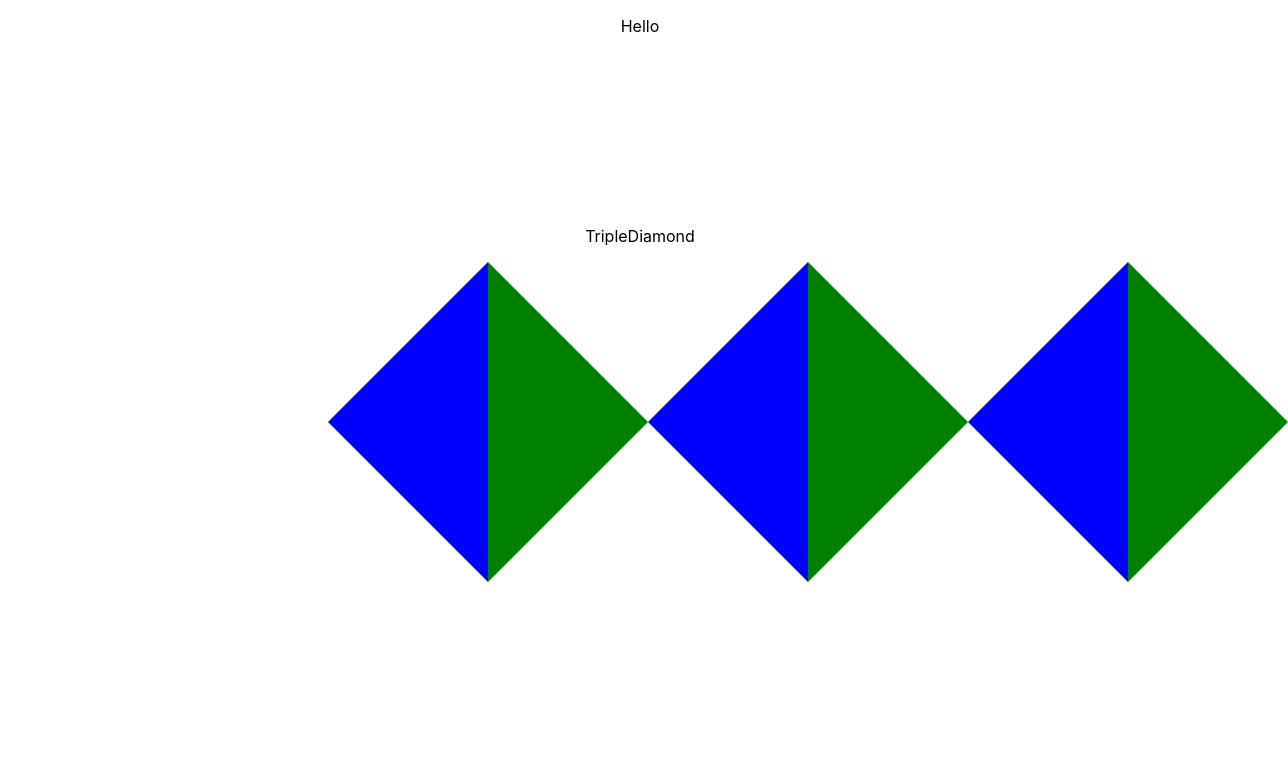
Repository: YingCG/interaction-design
Page: /
An editor plug-in stored every save of this project. The page is shown before and after the next save, followed by the edit.
The browser window is 1280 px wide. The page is 1288 px wide, so the pictures cover 1288 px, including what lies to the right of the window. The pictures show the whole page.
The project was rebuilt for these pictures with package versions that can differ from the ones it lists, and the page was loaded fresh each time.

Above is the page before, as saved 2023-09-07 10:26:01.

### src/App.js
import logo from "./logo.svg";
import "./App.css";
import TripleDiamond from "./TripleDiamond";

function App() {
  return (
    <div className="App">
      Hello
      <TripleDiamond />
    </div>
  );
}

export default App;

### src/App.css
.App {
  text-align: center;
  padding: 1em;
}

.arrow-right {
  width: 0;
  height: 0;
  border-top: 10rem solid transparent;
  border-bottom: 10rem solid transparent;

  border-left: 10rem solid green;
}

.arrow-left {
  width: 0;
  height: 0;
  border-top: 10rem solid transparent;
  border-bottom: 10rem solid transparent;

  border-right: 10rem solid blue;
}

.container {
  display: flex;
  justify-content: center;
  align-items: center;
  width: 100%;
  height: 100vh;
  flex-direction: column;
}

.text-content {
  padding: 1em;
}

.triple-diamond {
  display: flex;
  width: 50%;
}

### src/TripleDiamond.jsx
import React from "react";

function TripleDiamond() {
  return (
    <div className="container">
      <div className="text-content">TripleDiamond</div>
      <div className="triple-diamond">
        <div className="arrow-left"></div>
        <div className="arrow-right"></div>
        <div className="arrow-left"></div>
        <div className="arrow-right"></div>
        <div className="arrow-left"></div>
        <div className="arrow-right"></div>
      </div>
    </div>
  );
}

export default TripleDiamond;

Loaded but not shown: public/index.html (common file); src/index.js (common file); src/index.css (common file); src/reportWebVitals.js (common file)

After the next save:
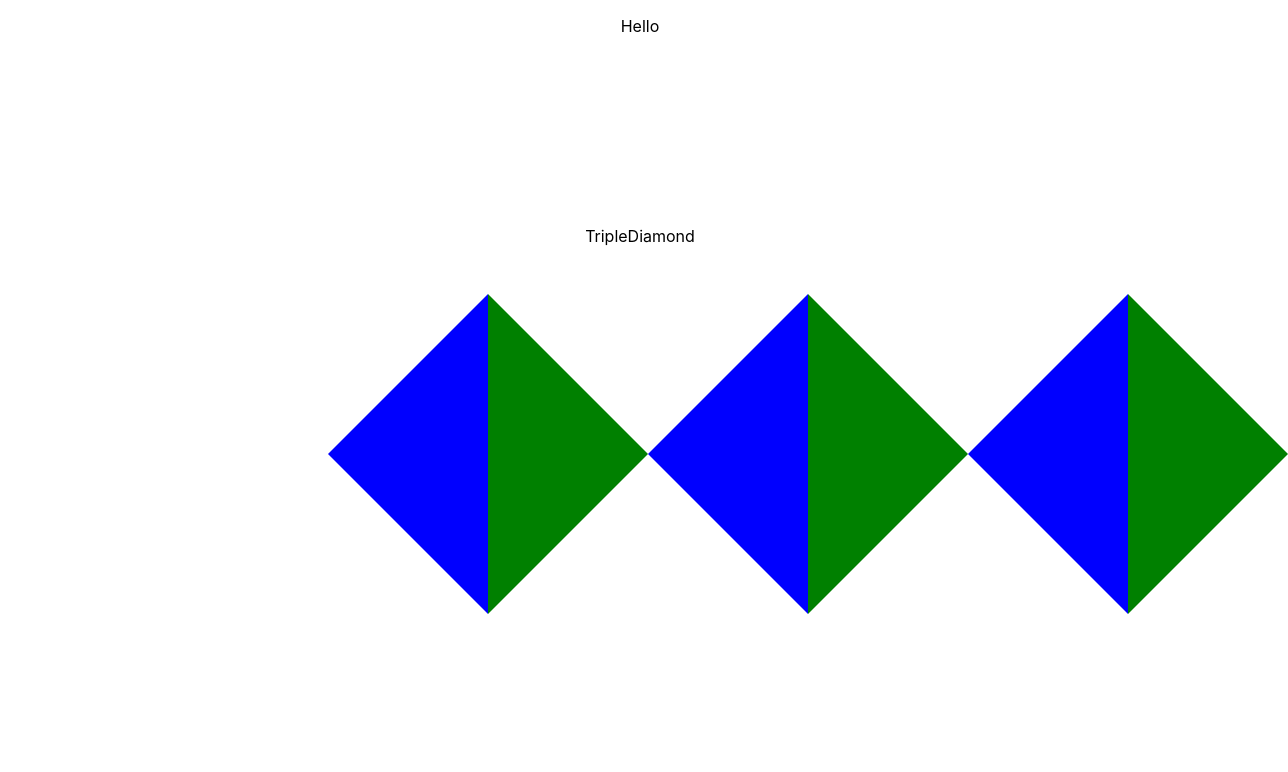
Saved 9 s later.
--- a/src/App.css
+++ b/src/App.css
@@ -31,7 +31,7 @@
 }
 
 .text-content {
-  padding: 1em;
+  padding: 3em;
 }
 
 .triple-diamond {
